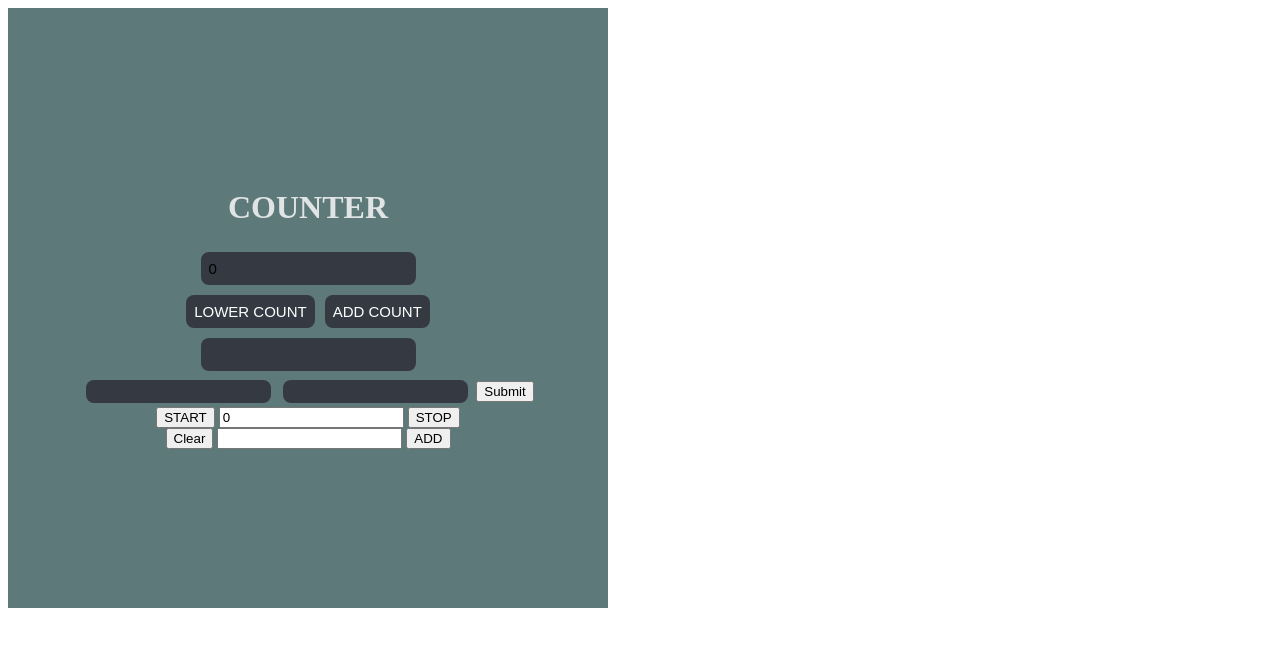
Repository: sedashahnazaryan/Caunter
Page: index.html
An editor plug-in stored every save of this project. The page is shown before and after the next save, followed by the edit.
The browser window is 1280 px wide. The pictures show the whole page.

Above is the page before, as saved 2022-02-15 01:39:31.

After the next save:
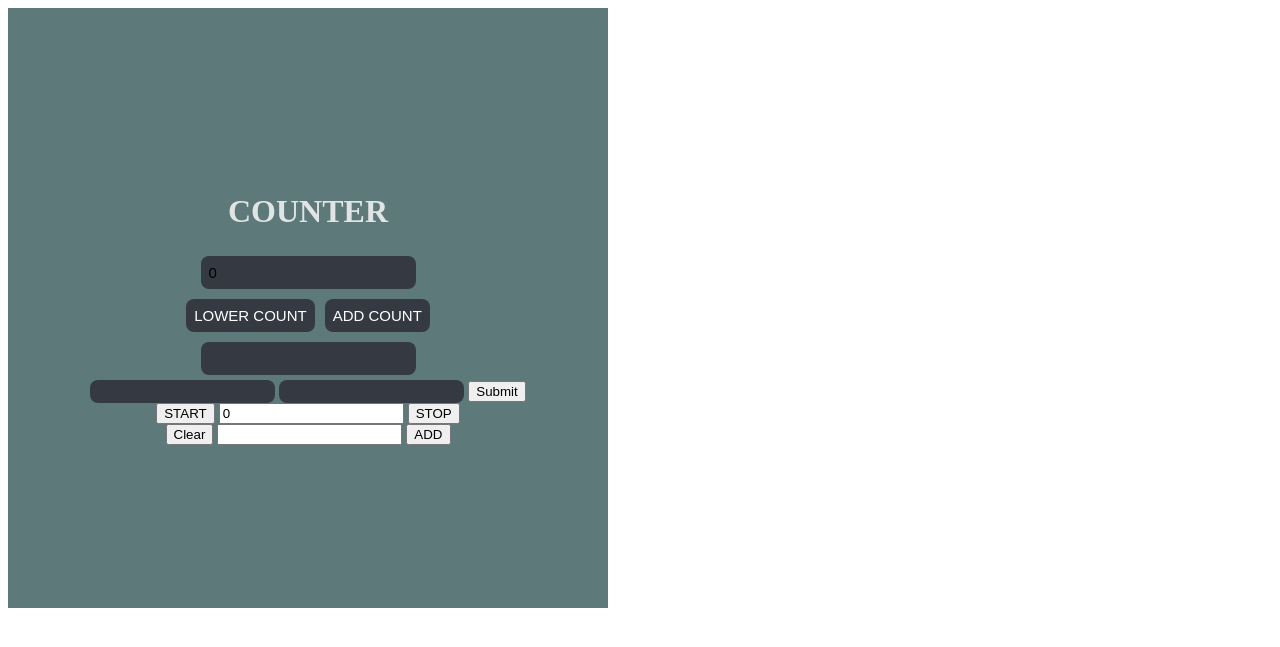
Saved 4 s later.
--- a/index.css
+++ b/index.css
@@ -68,7 +68,7 @@ color: rgba(243, 243, 243, 0.87);
         padding: 4px;
         border-radius: 8px;
         border: none;
-         margin: 4px;
+         margin: px;
         cursor: pointer;
 
     }
